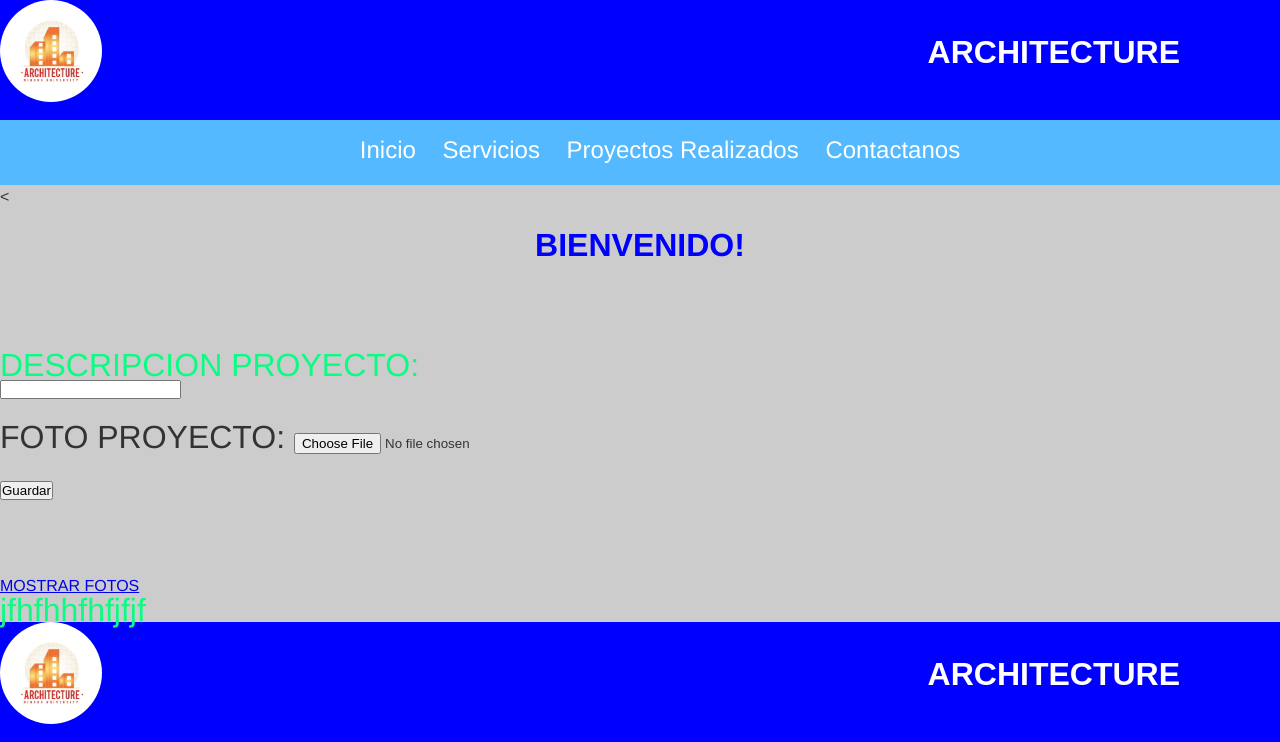
Repository: gabrielestrella18/htdocs
Page: http://localhost/arquitectos/control.php
The author's editor kept a copy of each file at every save. The page is drawn from the files as they stood at one save, then again after the next save.
The browser window is 1280 px wide. The pictures show the whole page.
The page is run by PHP 8.4 with error messages shown; the project is at /var/www/html/.

Above is the page before, as saved 2023-12-11 01:06:33.

### arquitectos/control.php
<!DOCTYPE html>
<html lang="en">
  <head>
    <title></title>
    <meta charset="UTF-8">
    <meta name="viewport" content="width=device-width, initial-scale=1">
    <link href="estilo.css" rel="stylesheet">
  </head>
  <body>

<?php

include  "arriba.php"
?>

<?php
include "menu.php"
?>
<
<br><br>

<h5>BIENVENIDO!</h5>
<br><br><br>

<div class="ancho">
      <Form  id="form1" name="form1" method="post" action="recibir.php" enctype="multipart/form-data">

        <br>
        <P class="descri">DESCRIPCION PROYECTO: </P>
<div>
  <input type="text" name="descripcion" id="descripcion" required />
  <br><br>
</div>

<p>FOTO PROYECTO: <input type="file" name="imagen"/> </p>
<br>

<div>
<button type="submit" name="guardarfoto" id="guardarfoto">Guardar</button>

</div>

<br><br>

      </Form>
      </div>
      <br>
<div class="alinear" >
  <a href="mostrar-solo-datos.php" id="mostrar">MOSTRAR FOTOS</a>
</div>


    </div>
</div>
<div>
  <p class="patitio">jfhfhhfhfjfjf</p>
</div>

<?php
include "abajo.php"
?>


  </body>
</html>

### arquitectos/arriba.php
<div class="azul">
  <img  class="lg"src="imagenes/arch.jpg" alt="">

  <h1>ARCHITECTURE</h1>
</div>

### arquitectos/menu.php
<div class="menu">
<div class="menuOpciones">
            <a href="index.php">Inicio</a>
            <a href="servicios.php">Servicios</a>
            <a href="proyectos.php">Proyectos Realizados</a>
            <a href="contactos.php">Contactanos</a>
            </div>

</div>

### arquitectos/abajo.php

<div class="azul">
  <img  class="lg"src="imagenes/arch.jpg" alt="">

  <h1>ARCHITECTURE</h1>
</div>

### arquitectos/estilo.css
* {
    box-sizing: border-box;
    margin: 0;
    padding: 0;
}

body {
    font-family: helvetica;
    font-size: 16px;
    line-height: 24px;
    color: #333;
    background-color: #cccccc;
    max-width: 1400px;
}

.azul {
    background-color: blue;
    padding-bottom: 120px;
}

.lg {
    float: left;
    width: 8%;
    height: 8%;
    border-radius: 80px;
}

h1 {
    color: white;
    float: right;
    font-family: sans-serif;
    text-align: end;
    padding-top: 40px;
    padding-right: 100px;
}

.menu {
    border: 1px #54b9ff solid;
    background-color: #54b9ff;
    height: 65px;
}

.menuOpciones {
    padding-top: 12px;
    text-align: center;
    margin-top: 5px;
    padding-left: 40px;
    font-size: x-large;
}

.menuOpciones a {
    text-decoration: none;
    color: white;
    padding: 10px;
}

.menuOpciones a:hover {
    color: #373b39;
    background-color: #0afc83;
    padding-top: 16px;
    padding-bottom: 21px;
}

.contenedor_fondo {
    width: 1350px;
    height: 600px;
    margin: auto;
    background-image: url(imagenes/fondoarq.jpg);
    background-repeat: no-repeat;
    background-size: cover;
}

.textofoto {
    color: rgb(7, 2, 2);
    margin: auto;
    text-align: center;
    line-height: 35px;
    padding-top: 200px;
    font-size: x-large;
}

.video {
    text-align: center;
    background-color: #373b39;
    border-radius: 100px;
    width: 700px;
    margin: auto;
    padding-top: 40px;
    padding-bottom: 40px;
}

.botoncito {
    text-align: center;
}

.boton1 {
    color: #ece80f;
    background-color: #ce1111;
    padding-top: 20px;
    padding-bottom: 20px;
    padding-left: 10px;
    padding-right: 10px;
    border-radius: 20px;
    text-decoration: none;
}

h3 {
    text-align: center;
}

.serv {
    background-color: #ece80f;
    padding-top: 20px;
    padding-bottom: 20px;
    padding-left: 10px;
    padding-right: 10px;
    border-radius: 20px;
}

.ser {
    padding-left: 450px;
    padding-right: 450px;
}

p {
    font-weight: 400px;
    font-size: xx-large;
}

.text {
    text-align: center;
}

.caja1 {
    float: left;
    padding-left: 150px;
    padding-top: 60px;
}

.caja2 {
    float: right
}

.plan {
    width: 70%;
    height: 70%;
}

.rojo {
    color: rgb(255, 0, 0);
    font-weight: 800;
}

.text {
    color: black;
    font-size: large;
}

.caja3 {
    float: right;
    padding-right: 200px;
    padding-top: 120px;
}

.caja4 {
    float: left;
}

.co {
    padding-left: 100px;
    width: 600px;
    height: 320px;
}

.caja5 {
    float: left;
    padding-left: 150px;
    padding-top: 60px;
}

.caja6 {
    float: right;
    padding-right: 200px;
}

.re {
    width: 450px;
    height: 300px;
}

.display {
    display: inline-block;
    width: 1350px;
}

.mira {
    text-align: center;
    display: inline-block;
    width: 700px;
}

.ubica {
    display: inline-block;
    width: 600px;
    text-align: center;
    padding-left: 150px;
}

.ubi {
    width: 600px;
    height: 300px;
}

.boton2 {
    color: #ece80f;
    background-color: #ce1111;
    padding-top: 20px;
    padding-bottom: 20px;
    padding-left: 10px;
    padding-right: 10px;
    border-radius: 20px;
    text-decoration: none;
}

.rapi {
    color: rgb(243, 243, 248);
    font-family: 'Franklin Gothic Medium';
    font-size: large;
    background-color: rgb(68, 67, 66);
    border-radius: 20px;
    padding-top: 10px;
    padding-bottom: 10px;
    display: inline-block;
    padding-left: 10px;
    padding-right: 10px;
}

.cuadrado {
    border: 4px #eaeaea solid;
    background-color: #eaeaea;
    padding: 6px 50px;
}

.campos {
    border-radius: 20px;
    border: 1px #999 solid;
    padding: 7px;
    width: 400px;
    /* para que se separen */
    margin-left: 20px;
}

.boton3 {
    padding: 5px 10px;
    margin-left: 35px;
    color: #f0dbdb;
    background-color: #ff5454;
    border-radius: 20px;
    padding-top: 18px;
    padding-bottom: 18px;
    padding-left: 20px;
    padding-right: 20px;
}

.boton3:hover {
    background-color: #38065a;
    color: white;
}

.boton4 {
    padding: 5px 10px;
    background-color: aqua;
    border-radius: 20px;
    padding-top: 18px;
    padding-bottom: 18px;
    padding-left: 20px;
    padding-right: 20px;
}

.boton4:hover {
    background-color: #aaff0b;
    color: white;
}

.centro {
    text-align: center;
}

.contenedor2 {
    width: 1350px;
    height: 700px;
    margin: auto;
    background-image: url(imagenes/muchos.gif);
    background-repeat: no-repeat;
    background-size: cover;
}

h4 {
    color: blue;
    text-align: center;
    font-size: xx-large;
}

.admi {
    text-align: center;
}

.ad {
    color: white;
    background-color: rgb(46, 42, 42);
    border-radius: 20px;
    padding-top: 10px;
    padding-bottom: 10px;
    padding-left: 10px;
    padding-right: 10px;
}

h5 {
    color: blue;
    text-align: center;
    font-size: xx-large;
}

#proy {
    color: white;
    background-color: rgb(5, 5, 48);
    border-radius: 20px;
    padding-top: 10px;
    padding-bottom: 10px;
    padding-left: 10px;
    padding-right: 10px;
    text-decoration: none;
}

.alin {
    display: inline-block;
    width: 600px;
    text-align: center;
}

.lateral {
    display: inline-block;
    width: 1300px;
}

.mueble {
    display: inline-block;
    width: 600px;
}

.mueb {
    width: 70%;
    height: 90%;
}

.ancho {
    width: 900px;
}

.descri {
    color: #0afc83;
}

.patitio {
    color: #0afc83;
}

After the next save:
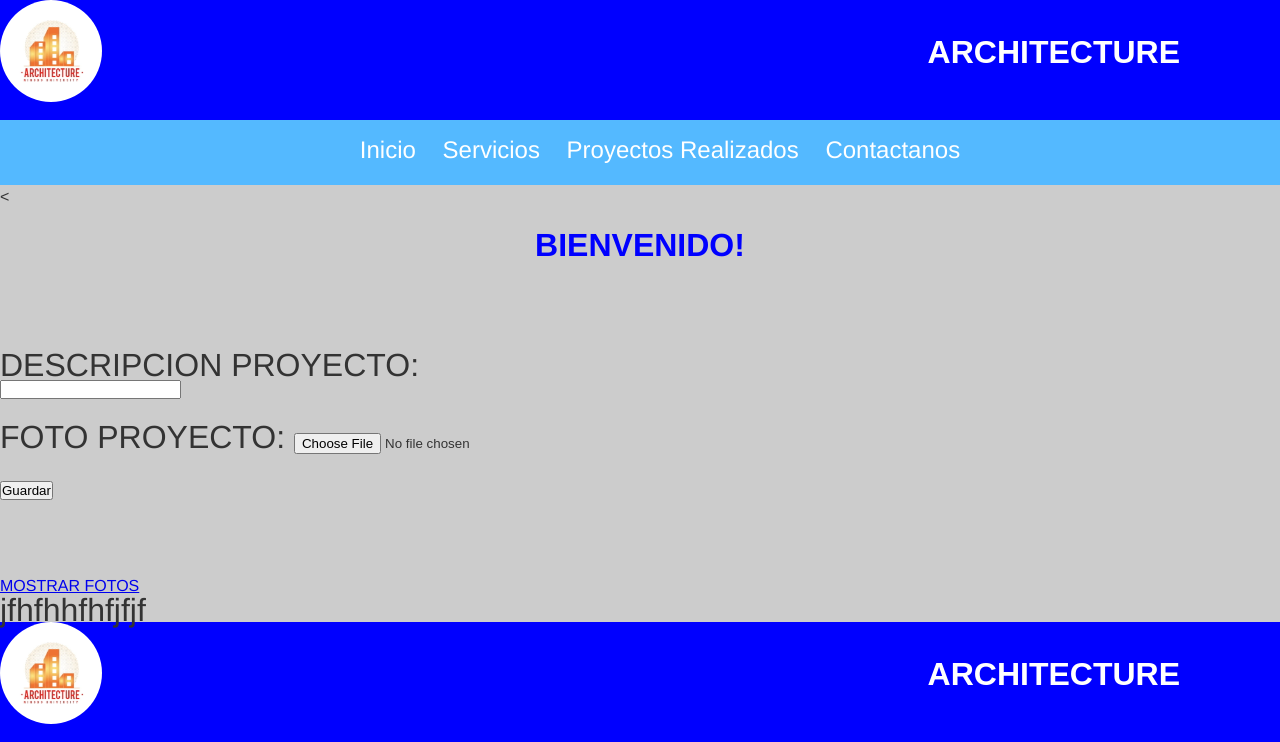
Saved 27 s later.
--- a/arquitectos/estilo.css
+++ b/arquitectos/estilo.css
@@ -352,15 +352,3 @@ h5 {
     width: 70%;
     height: 90%;
 }
-
-.ancho {
-    width: 900px;
-}
-
-.descri {
-    color: #0afc83;
-}
-
-.patitio {
-    color: #0afc83;
-}
